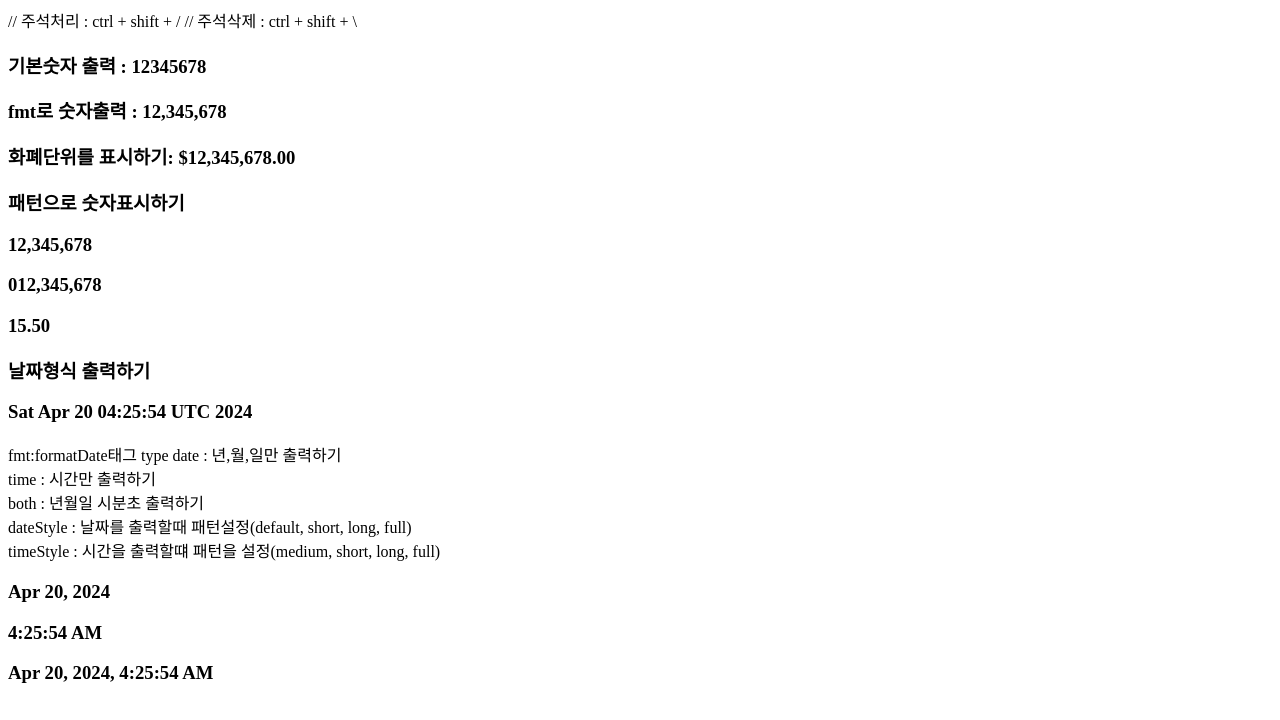
Repository: yongmin0309/mybatis1
Page: http://localhost/eL_JSTL/views/jstl/formattag.jsp
The author's editor kept a copy of each file at every save. The page is drawn from the files as they stood at one save, then again after the next save.
The browser window is 1280 px wide. The pictures show the whole page.
The page is served by Tomcat 9.

Above is the page before, as saved 2024-04-20 08:21:13.

After the next save:
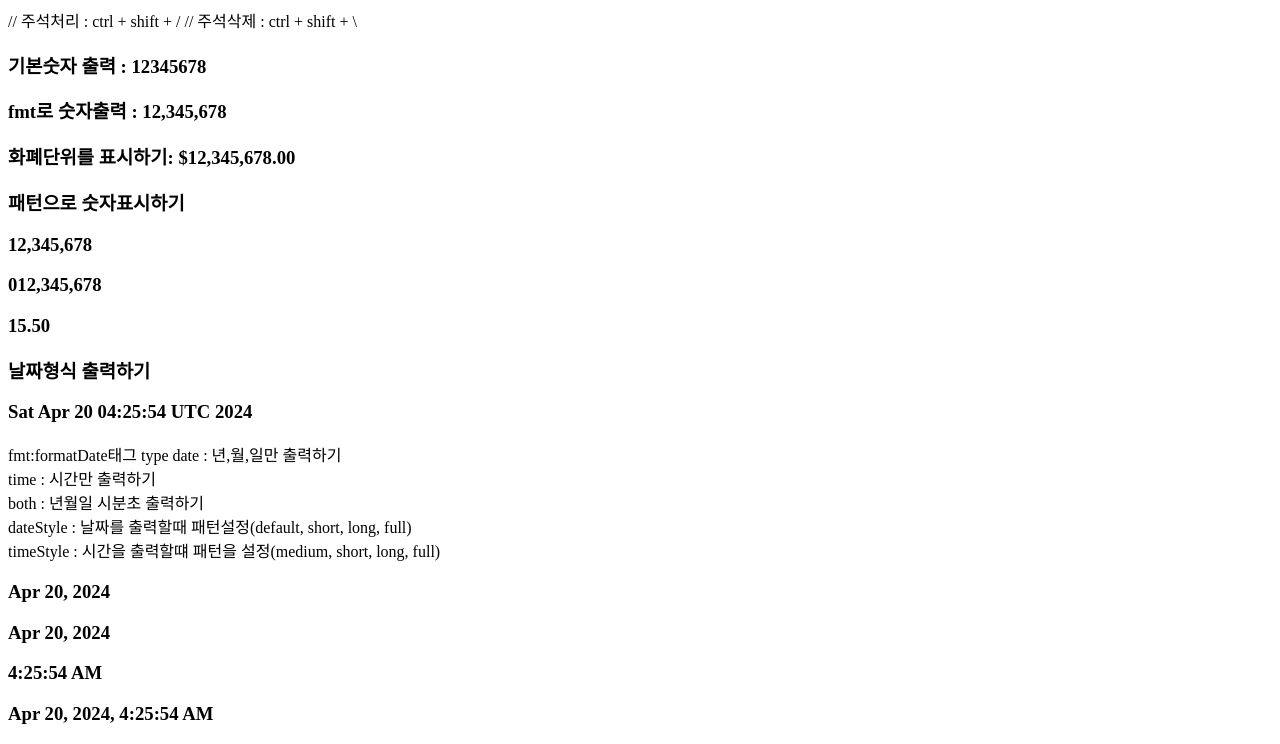
Saved 16 s later.
--- a/work/eL_JSTL/src/main/webapp/views/jstl/formattag.jsp
+++ b/work/eL_JSTL/src/main/webapp/views/jstl/formattag.jsp
@@ -40,6 +40,7 @@
 			timeStyle : 시간을 출력할떄 패턴을 설정(medium, short, long, full) <br>
 	</p>
 
+	<h3><fmt:formatDate value="${today }"/>
 	<h3><fmt:formatDate value="${today }" type="date"/></h3>
 	<h3><fmt:formatDate value="${today }" type="time"/></h3>
 	<h3><fmt:formatDate value="${today }" type="both"/></h3>
